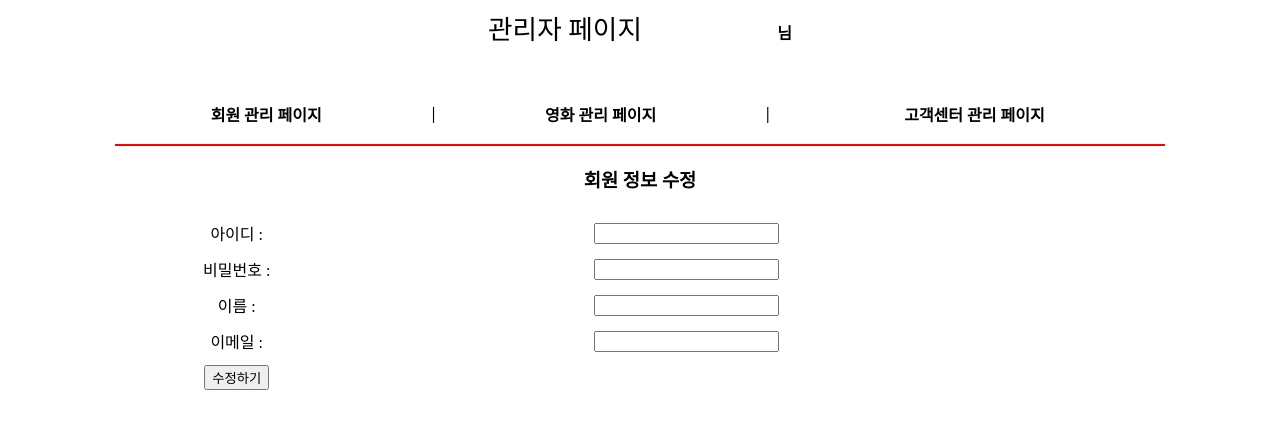
Repository: Tah282/movieSite
Page: http://localhost/CGV_project/WEB-INF/views/manager/memberModifyForm.jsp
The author's editor kept a copy of each file at every save. The page is drawn from the files as they stood at one save, then again after the next save.
The browser window is 1280 px wide. The pictures show the whole page.
The page is served by Tomcat 9. Nobody is signed in. The template is opened directly, without the code that normally fills it, so the values that code supplies are empty.

Above is the page before, as saved 2024-01-03 08:36:07.

After the next save:
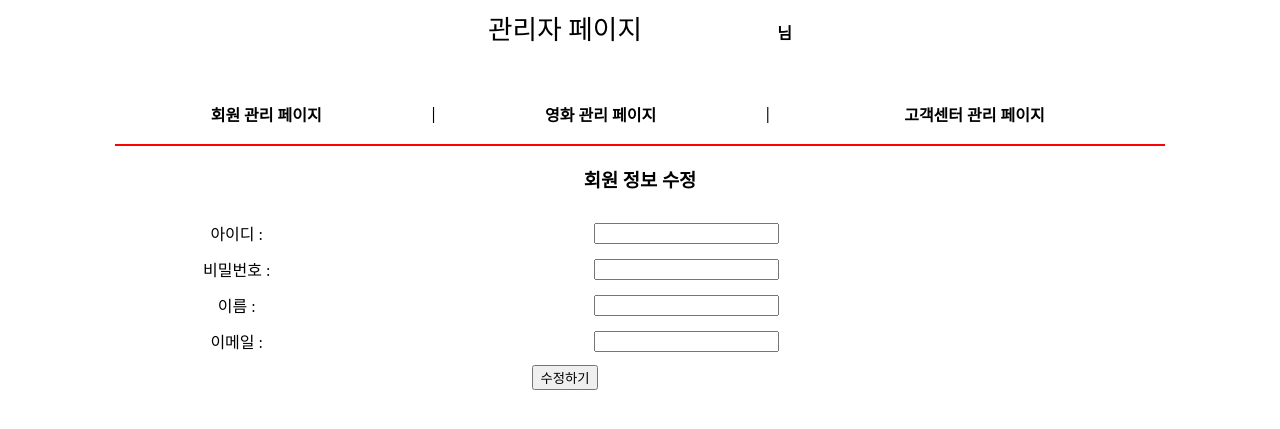
Saved 14 s later.
--- a/CGV_project/src/main/webapp/WEB-INF/views/manager/memberModifyForm.jsp
+++ b/CGV_project/src/main/webapp/WEB-INF/views/manager/memberModifyForm.jsp
@@ -31,7 +31,7 @@
 					<td>이메일 : </td> <td><input type="text" name="email" value="${member.email}"></td>
 				</tr>
 				<tr>
-					<td><input type="submit" value="수정하기"></td>
+					<td colspan="2"><input type="submit" value="수정하기"></td>
 				</tr>
 			</table>
 		</form>
